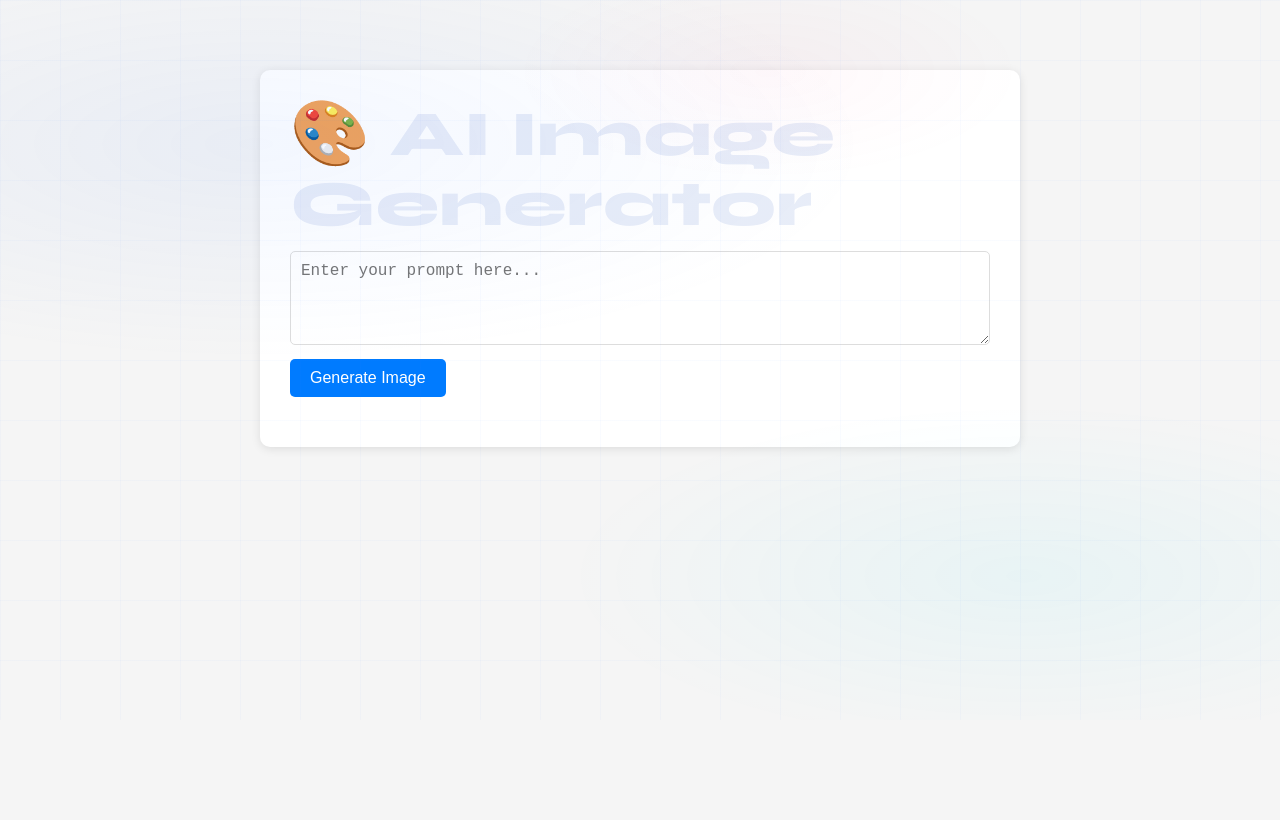
Repository: AI-Devsara01/-Real-Time-Multimodal-Communication-Platform-for-Speech-and-Hearing-Impaired-Individuals
Page: http://localhost/image_gen
These files come from the project's save history. The page is drawn as it stood at one moment and after the next save; the edit follows.
The browser window is 1280 px wide. The pictures show the whole page.
The page is served by the project's application, run on Flask 3 (app.py).

Above is the page before, as saved 2026-04-20 17:17:48.

After the next save:
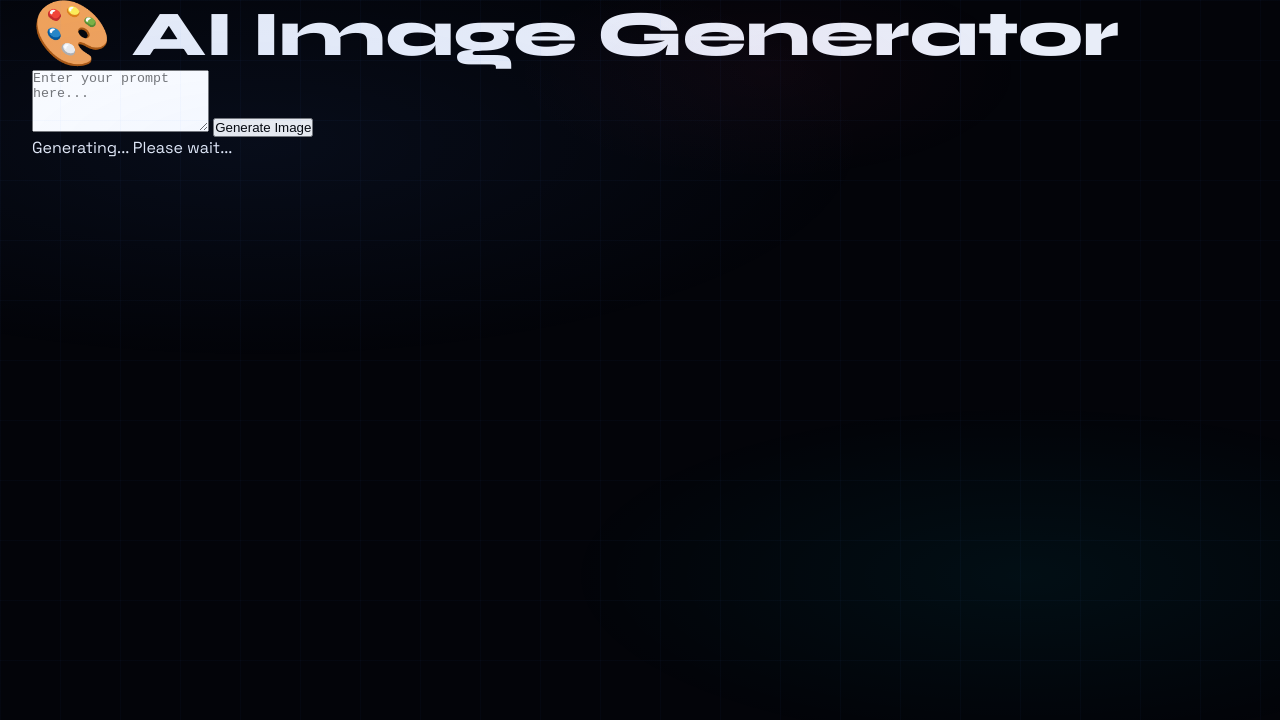
Saved 26 s later.
--- a/templates/image_gen.html
+++ b/templates/image_gen.html
@@ -5,58 +5,6 @@
 <meta name="viewport" content="width=device-width, initial-scale=1.0">
 <title>AI Image Generator</title>
 <link rel="stylesheet" href="/static/base.css">
-<style>
-body {
-    font-family: Arial, sans-serif;
-    max-width: 800px;
-    margin: 50px auto;
-    padding: 20px;
-    background: #f5f5f5;
-}
-.container {
-    background: white;
-    padding: 30px;
-    border-radius: 10px;
-    box-shadow: 0 2px 10px rgba(0,0,0,0.1);
-}
-textarea {
-    width: 100%;
-    padding: 10px;
-    font-size: 16px;
-    border: 1px solid #ddd;
-    border-radius: 5px;
-    margin: 10px 0;
-}
-button {
-    background: #007bff;
-    color: white;
-    padding: 10px 20px;
-    border: none;
-    border-radius: 5px;
-    font-size: 16px;
-    cursor: pointer;
-}
-button:disabled {
-    background: #ccc;
-    cursor: not-allowed;
-}
-#result {
-    margin-top: 20px;
-    text-align: center;
-}
-#result img {
-    max-width: 100%;
-    border-radius: 5px;
-}
-.loading {
-    display: none;
-    color: #666;
-}
-.error {
-    color: red;
-    display: none;
-}
-</style>
 </head>
 <body>
 <div class="container">
